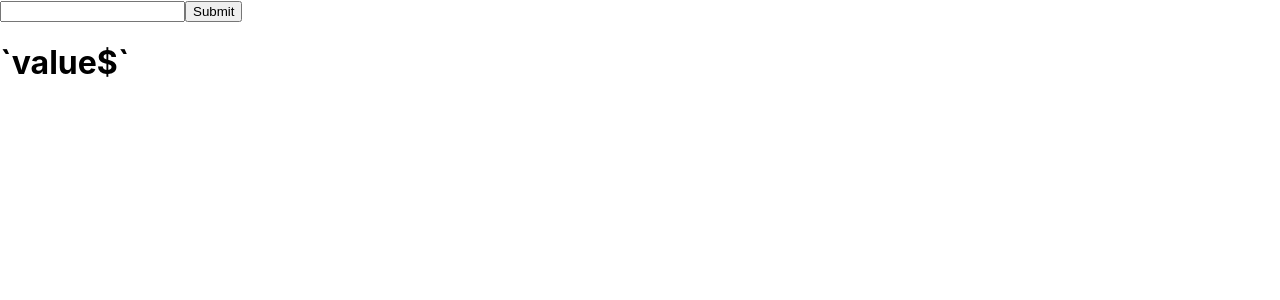
Repository: mariocapitbrok/robot-position
Page: /
The author's editor kept a copy of each file at every save. The page is drawn from the files as they stood at one save, then again after the next save.
The browser window is 1280 px wide. The pictures show the whole page.
The project was rebuilt for these pictures with package versions that can differ from the ones it lists, and the page was loaded fresh each time. Also part of the build but not shown: src/App.css.

Above is the page before, as saved 2021-12-01 17:29:17.

After the next save:
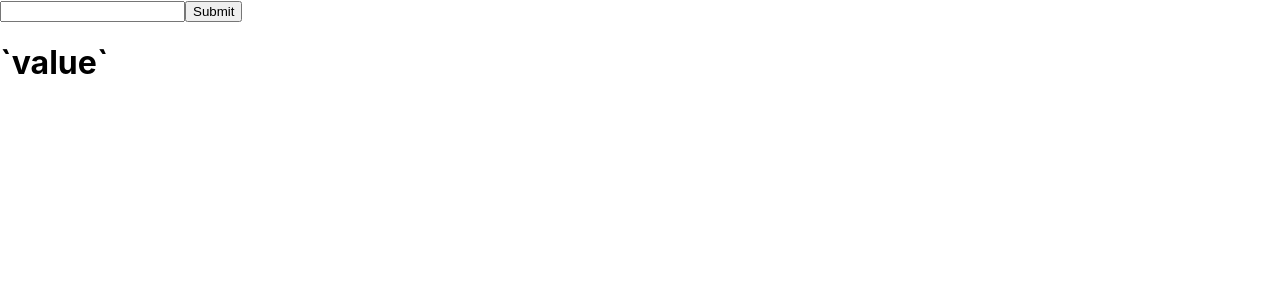
Saved 11 s later.
--- a/src/components/robot.jsx
+++ b/src/components/robot.jsx
@@ -43,7 +43,7 @@ const Robot = () => {
         <input onChange={handleChange} name="value" type="text" value={value} />
         <button onClick={handleClick}>Submit</button>
       </form>
-      <h1>`value${value}`</h1>
+      <h1>`value{value}`</h1>
     </React.Fragment>
   );
 };
